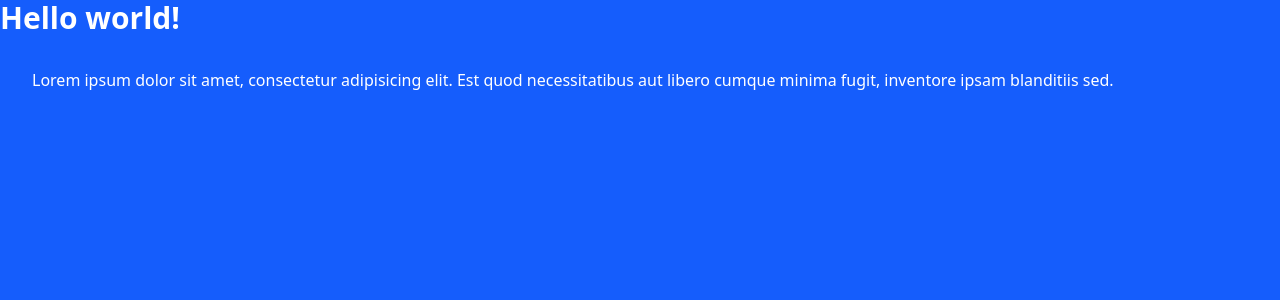
Repository: DinTri/TailwindCss
Page: index.html
An editor plug-in stored every save of this project. The page is shown before and after the next save, followed by the edit.
The browser window is 1280 px wide. The pictures show the whole page.
Some web fonts or font styles are not loaded; a fallback is used.

Above is the page before, as saved 2025-06-07 01:19:46.

### index.html
<!DOCTYPE html>
<html lang="en">
  <head>
    <meta charset="UTF-8">
    <meta name="viewport" content="width=device-width, initial-scale=1">
    <title>Play with Tailwind</title>
    <link rel="stylesheet" href="style.css">
    </head>
  <body class="bg-blue-600">
    <h1 class="text-3xl text-white font-bold">
      Hello world!
    </h1>
    <p class="text=2xl text-white m-4 p-4">Lorem ipsum dolor sit amet, consectetur adipisicing elit. Est quod necessitatibus aut libero cumque minima fugit, inventore ipsam blanditiis sed.</p>
  </body>
</html>

Loaded but not shown: style.css (2230 lines, source omitted)

After the next save:
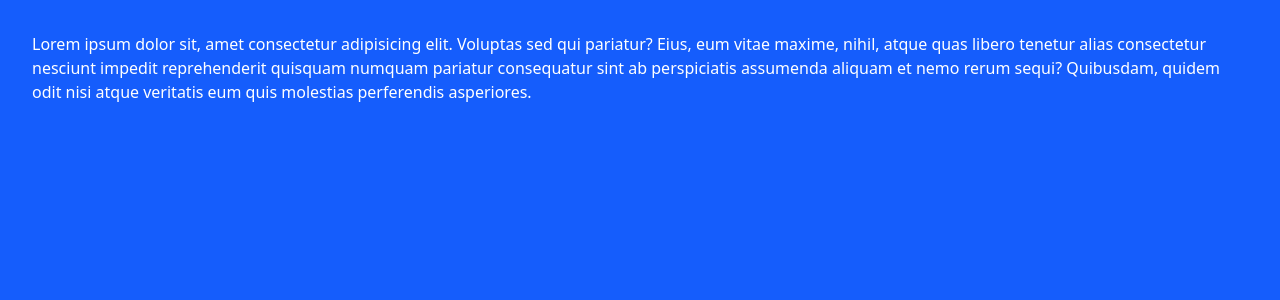
Saved 113 s later.
--- a/index.html
+++ b/index.html
@@ -7,9 +7,6 @@
     <link rel="stylesheet" href="style.css">
     </head>
   <body class="bg-blue-600">
-    <h1 class="text-3xl text-white font-bold">
-      Hello world!
-    </h1>
-    <p class="text=2xl text-white m-4 p-4">Lorem ipsum dolor sit amet, consectetur adipisicing elit. Est quod necessitatibus aut libero cumque minima fugit, inventore ipsam blanditiis sed.</p>
+    <p class="text=2xl text-white m-4 p-4">Lorem ipsum dolor sit, amet consectetur adipisicing elit. Voluptas sed qui pariatur? Eius, eum vitae maxime, nihil, atque quas libero tenetur alias consectetur nesciunt impedit reprehenderit quisquam numquam pariatur consequatur sint ab perspiciatis assumenda aliquam et nemo rerum sequi? Quibusdam, quidem odit nisi atque veritatis eum quis molestias perferendis asperiores.</p>
   </body>
 </html>
